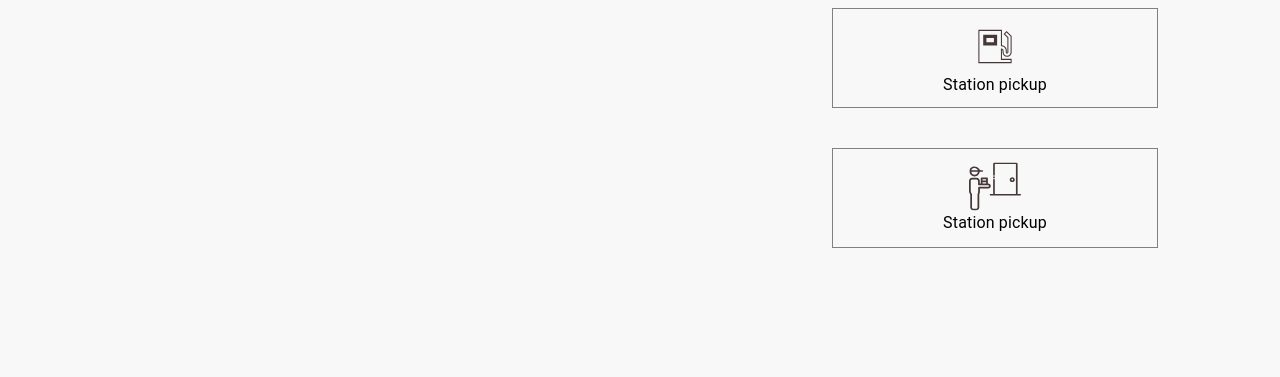
Repository: Armstrong2035/hng-project-two
Page: /cart (app in timbu-store/)
The author's editor kept a copy of each file at every save. The page is drawn from the files as they stood at one save, then again after the next save.
The browser window is 1280 px wide. The pictures show the whole page.
The project was rebuilt for these pictures with package versions that can differ from the ones it lists, and the page was loaded fresh each time. The framework's server and built-in components were replaced by stand-ins that run in the browser. Also part of the build but not shown: timbu-store/next.config.mjs.

Above is the page before, as saved 2024-07-08 23:25:48.

After the next save:
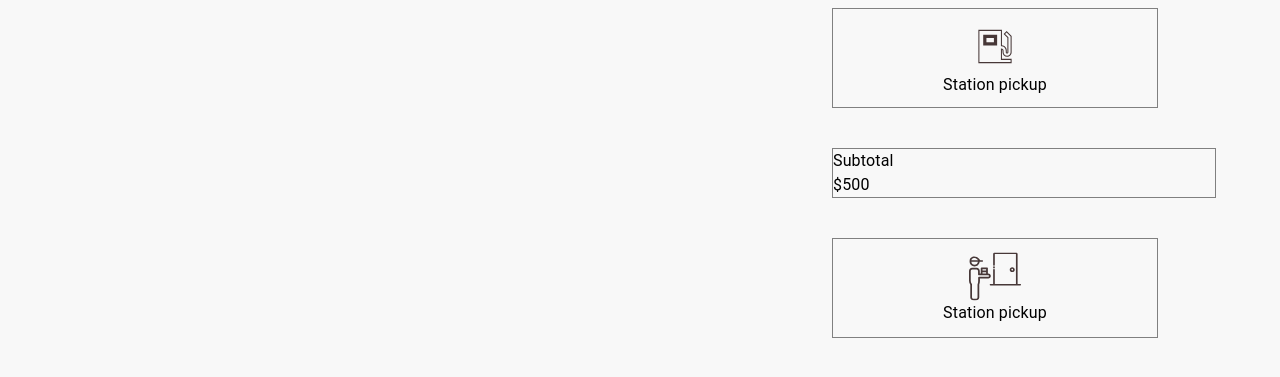
Saved 14 min 46 s later.
--- a/timbu-store/components/checkout/cart/CartPage.js
+++ b/timbu-store/components/checkout/cart/CartPage.js
@@ -41,6 +41,11 @@ export default function CartPage() {
                 <Typography>Station pickup</Typography>
               </Box>
 
+              <Box sx={{ border: "1px solid grey" }}>
+                <Typography>Subtotal</Typography>
+                <Typography>$500</Typography>
+              </Box>
+
               <Box
                 sx={{
                   border: "1px solid grey",
